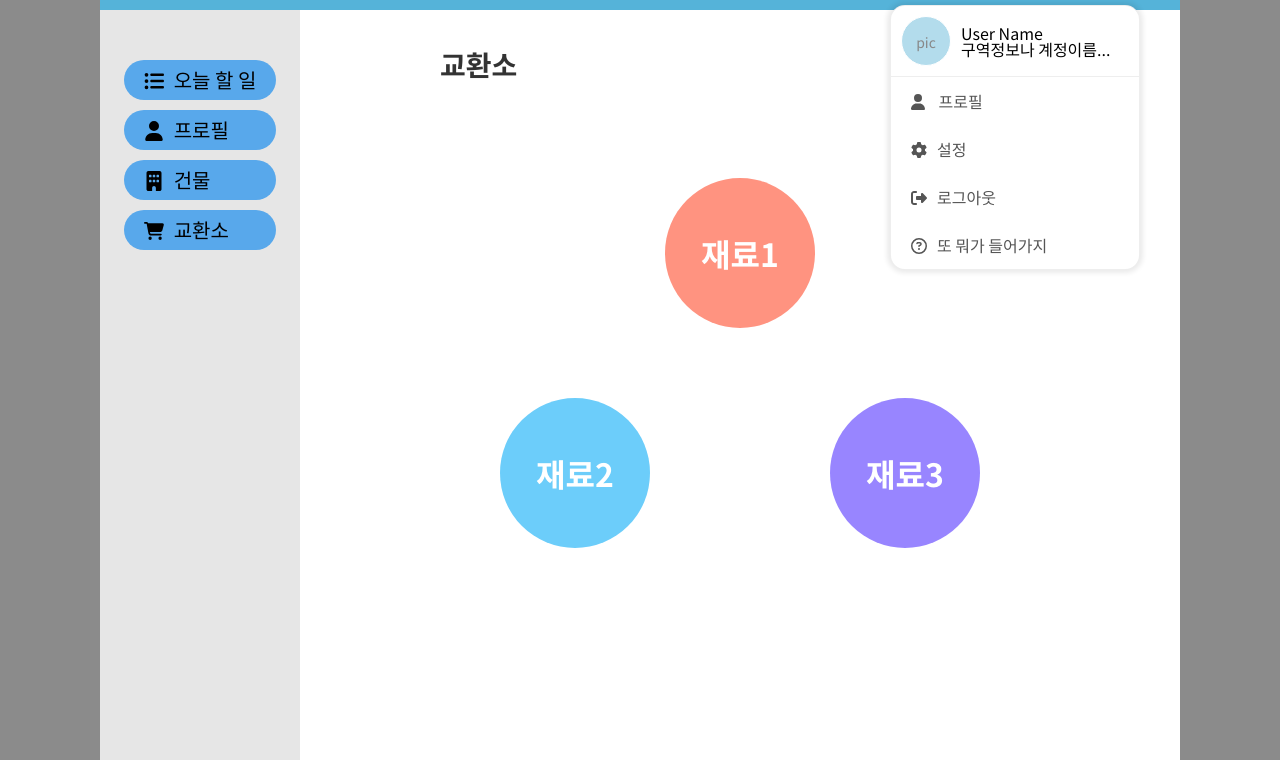
Repository: sunoo-lee/toVillage-old
Page: /#/trade
The author's editor kept a copy of each file at every save. The page is drawn from the files as they stood at one save, then again after the next save.
The browser window is 1280 px wide. The pictures show the whole page.
The project was rebuilt for these pictures with package versions that can differ from the ones it lists, and the page was loaded fresh each time. Also part of the build but not shown: src/routes/Auth.js, src/components/Todo.js, src/components/AddForm.js, src/components/Main.js, src/routes/Home.js, src/components/MyProfile.js, src/routes/Profile.js, src/components/Area.module.css and 2 more.

Above is the page before, as saved 2022-10-13 03:08:54.

After the next save:
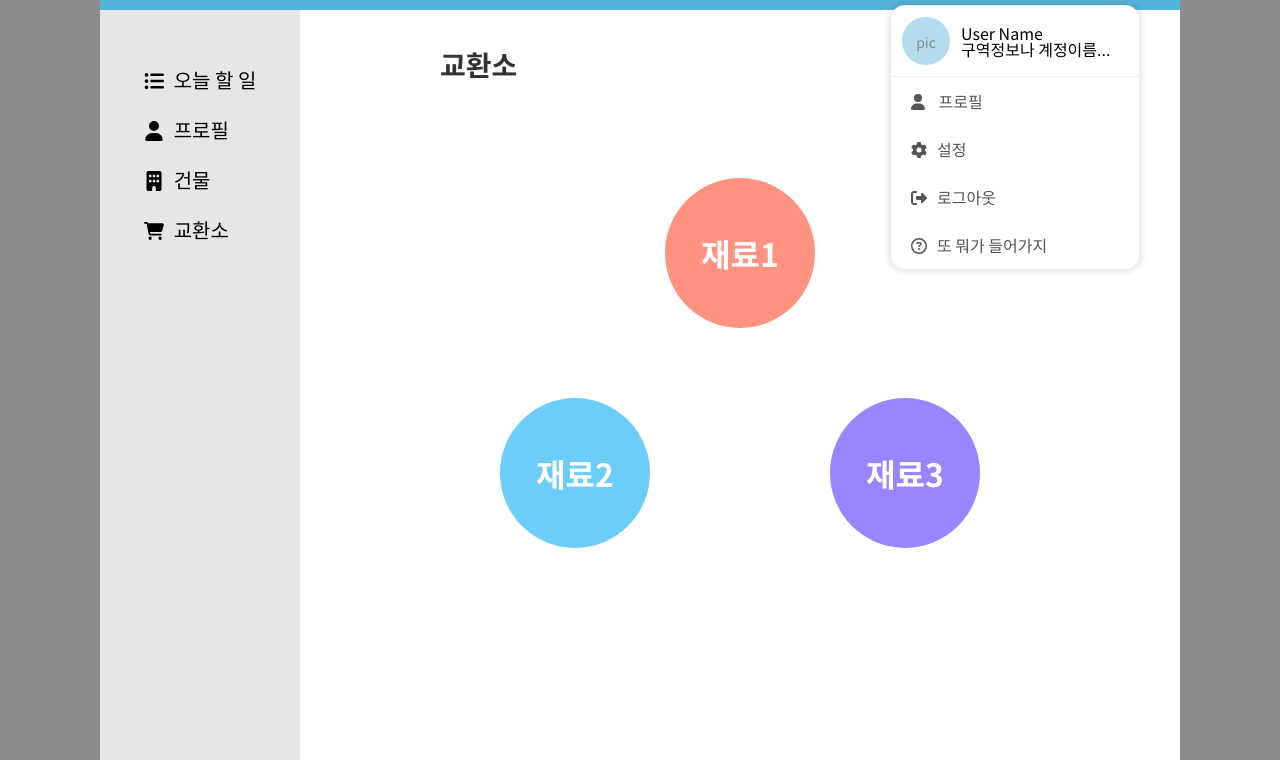
Saved 10 s later.
--- a/src/components/Navigation.module.css
+++ b/src/components/Navigation.module.css
@@ -28,8 +28,10 @@
   padding: 0 20px;
   height: 40px;
   border-radius: 25px;
+  margin: 10px 0;
+}
+.container ul li:hover {
   background-color: #58a8eb;
-  margin: 10px 0;
 }
 .container ul li a {
   font-size: 20px;
@@ -39,8 +41,7 @@
   text-decoration: none;
   line-height: 40px;
 }
-.container ul li:hover {
-}
+
 .container ul li a svg {
   width: 20px;
   margin-right: 10px;
